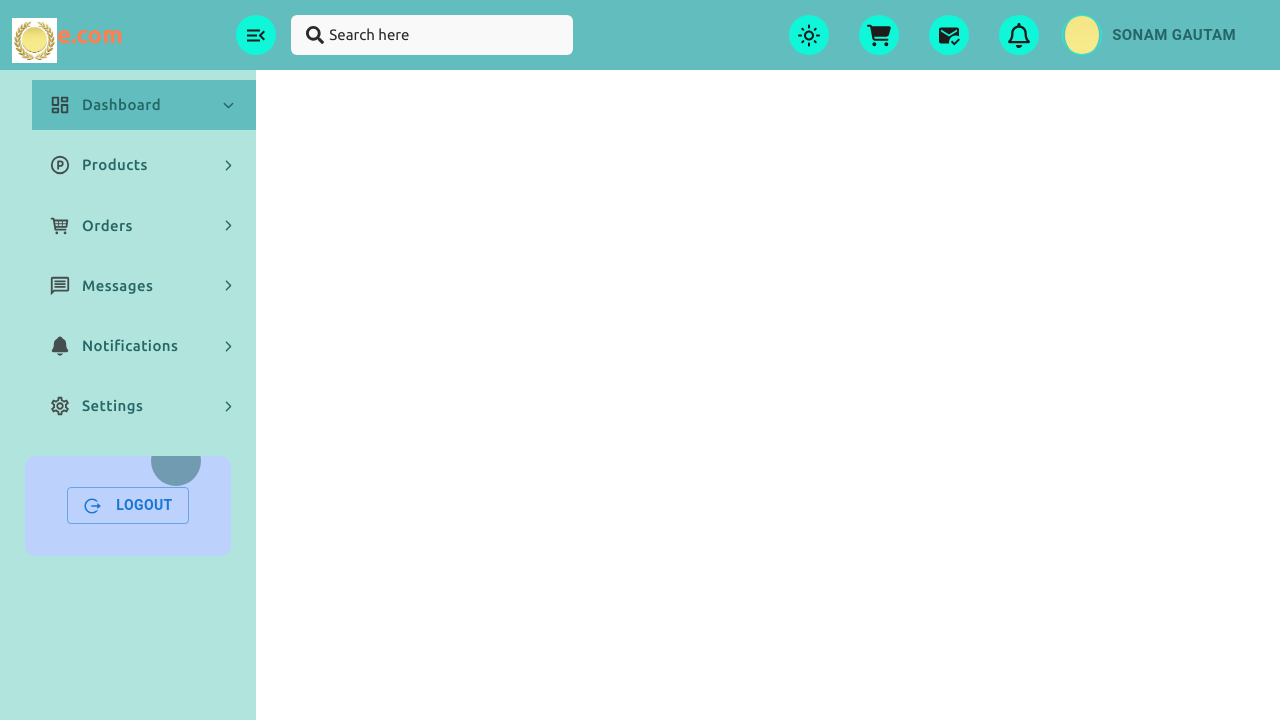
Repository: gautamsonam011/admin-react-dashboard
Page: /
These files come from the project's save history. The page is drawn as it stood at one moment and after the next save; the edit follows.
The browser window is 1280 px wide. The pictures show the whole page.
The project was rebuilt for these pictures with package versions that can differ from the ones it lists, and the page was loaded fresh each time.

Above is the page before, as saved 2025-04-16 11:07:09.

### src/App.js
import { BrowserRouter, Routes, Route } from 'react-router-dom';
import './App.css';
import 'bootstrap/dist/css/bootstrap.min.css';
import Dashboard from './pages/Dashboard/Dashboard';
import Header from "./components/Header/index";
import Sidebar from './components/Sidebar';

function App() {
  return (
    <BrowserRouter>
    <Header/>
    <div className='main d-flex'>
      <div className='sidebarWrapper'>
        <Sidebar/>
      </div>
    </div>
    <div className='content'>
    <Routes>
      <Route path = "/" exact={true} element={<Dashboard/>} />
    </Routes>
    </div>

    </BrowserRouter>
  );
}

export default App;

### src/App.css
@import url('https://fonts.googleapis.com/css2?family=Ubuntu:ital,wght@0,300;0,400;0,500;0,700;1,300;1,400;1,500;1,700&display=swap');

body{
  font-family: "Ubuntu", sans-serif !important;
  background-color: #f4f8f7;

}

header{
  width:100%;
  height: 70px;
  background-color:#62bebe;
  position: fixed;
  top:0px;
  left:0px;
  z-index: 1000;
}
header .logo{
  text-decoration: none;
}
header .logo img{
  margin-top: 10px;
  width:45px;

}

header .logo span{
color: coral;
font-weight: bolder;
font-size: 24px;
}
header button.rounded-circle{min-width:40px !important; width:40px !important; height: 40px !important; background-color:#0ff7d8 !important; margin: 15px;}
header button.rounded-circle svg{color:rgb(29, 27, 27); font-size: 25px !important; transition: all 0.2s ease-in-out;}
header button.rounded-circle:hover svg{color: #2585d4 !important;}
.searchBox{width:400px; height: 40px; background-color:#faf9f9; border-radius: 6px;padding: 3px 15px;}
.searchBox input{background: transparent;border:0px; outline:none; padding-left: 5px; font-size: 15px; color:#292929}
.searchBox input::-webkit-input-placeholder{color:#292929}
.searchBox svg{font-size: 18px; color:#292929 ;}

.userImg{display: flex; align-items:center; justify-content: center; overflow: hidden; width:40px; height: 40px; border:1px solid #0ff7d8; padding: 2px; border-radius: 100%;}
.userImg .rounded-circle{display: flex; align-items:center; justify-content: center; overflow: hidden; width: 40px; height: 40px; cursor: pointer; position: relative;}
.userImg .rounded-circle .img{object-fit: cover; width: 100%;}
.userInfo{padding-left: 10px;}
.userInfo h5{font-size: 15px; font-weight: 600; margin-bottom:0px; color: #266666;}

#account-menu li{font-size: 14px !important;}
#account-menu li svg{font-size: 20px !important}

.dropdown-info{padding-left: 6px;}
.dropdown-info h4{font-size: 15px; font-weight:600;margin-top: 2px; white-space: break-space; line-height: 21px;}
.dropdown-info p{font-size: 10px; color: #2585d4;}


/* Style for sidebar  */

.main .sidebarWrapper{width: 20%; flex: 0 0 20%; transition: all 0.3s ease-in-out;}
.main .sidebarWrapper .sidebar{width:20%; height: 100vh; position:fixed; top: 70px; left:0px; background:#b1e4dd; overflow-y: scroll; overflow-x: hidden;}
.main .sidebarWrapper .sidebar::-webkit-scrollbar-thumb{background: transparent !important; width:3px;}
.main .sidebarWrapper:hover .sidebar::-webkit-scrollbar{ background:#2585d4; width:3px;}
.main .sidebarWrapper .sidebar ul{margin-bottom:0px;}
.main .sidebarWrapper .sidebar ul li{list-style: none; margin-top:10px;}
.main .sidebarWrapper .sidebar ul li button{color:#266666; text-align: left; justify-content: left; border-radius:0px !important; padding: 12px 15px !important;
  align-items: center; text-transform: capitalize !important;font-family: "Ubuntu", sans-serif !important;
  margin-left: 0px; font-size: 15px !important;
}
.main .sidebarWrapper .sidebar ul li button .icon{display: flex; align-items:center; justify-content: center; width:25px; height:25px; margin-right: 10px;}
.main .sidebarWrapper .sidebar ul li button .icon svg{color:#292929; opacity: 0.8; font-size: 22px;}
.main .sidebarWrapper .sidebar ul li button .arrow{margin-left: auto; display: flex; align-items: center; justify-content: center; width: 25px; transition: all 0.3s ease-in-out}
.main .sidebarWrapper .sidebar ul li button:hover{background:#62bebe !important;}
.main .sidebarWrapper .sidebar ul li button.active{background: #62bebe !important;}
.main .sidebarWrapper .sidebar ul li button.active .arrow{transform: rotate(90deg);}

.main .sidebarWrapper .sidebar ul .submenu{padding: 0px 45px; position:relative; height:auto;}
.main .sidebarWrapper .sidebar ul .submenu::before{content:''; width:1px; height: 95%; position: absolute; top:0px; left:25px; background:rgba(0, 0, 0, 0.1);}
.main .sidebarWrapper .sidebar ul .submenu li{width:100%; list-style: none;}
.main .sidebarWrapper .sidebar ul .submenu li a{color:#266666 !important; text-decoration: none; font-family: "Ubuntu", sans-serif !important;
display: block; padding: 6px 0px; font-size: 14px !important; font-weight: 500; transition:all 0.3s}
.main .sidebarWrapper .sidebar ul .submenu li a:hover{color:#2585d4 !important;}

.main .sidebarWrapper .sidebar ul .submenuWrapper{transition:all 0.3s ease-in-out; height: 0px; overflow: hidden; }
.main .sidebarWrapper .sidebar ul .submenuWrapper.colapsed .submenu{opacity:0;}

.main .sidebarWrapper .sidebar ul .submenuWrapper.colapse{height:auto; overflow: inherit;}
.main .sidebarWrapper .sidebar ul .submenuWrapper.colapse .submenu{opacity:1; height:auto;}

.logoutWrapper{padding: 0px 25px;}
.logoutWrapper .logoutBox{width:100%; height:100px; padding: 25px; background:#bcd2fd; border-radius:10px; margin-bottom:20px; display:flex; align-items: center; justify-content: center;
position:relative; overflow:hidden;}
.logoutWrapper .logoutBox::before{content:''; width:50px; height:50px; background:#266666; border-radius: 100%; position:absolute; top: -20px; right: 30px; opacity:0.5}
.logoutWrapper .logoutBox::after{content:''; width:30px; height:30px; background:#266666; border-radius: 100%; position:absolute; top: -30px; left: 30px; opacity:0.5}
.logoutWrapper .logoutBox button{font-size:14px !important; font-weight: 600 !important; }
.logoutWrapper .logoutBox button svg{margin-right: 15px; font-size:18px;}

.right-content{padding: 90px 30px;}
.dashboardBoxWrapper{gap: 15px;}
.dashboardBoxWrapper .dashboardBox{width:45%; height: 250px; background-color:chocolate;}

### src/pages/Dashboard/Dashboard.jsx
const Dashboard = () =>{
    return (
        <div className="right-content">
            <div className="dashboardBoxWrapper d-flex">

            </div>
        </div>
    )
}

export default Dashboard;

### src/components/Header/index.jsx
import React, { useState } from 'react';
import { Link } from "react-router-dom";
import logo from "../../assests/images/logo.jpg";
import Button from '@mui/material/Button';
import { MdMenuOpen } from "react-icons/md";
// import { MdOutlineMenu } from "react-icons/md";
import SearchBox from "../SearchBox";
import { MdOutlineLightMode } from "react-icons/md";
// import { MdDarkMode } from "react-icons/md";
import { FaCartShopping } from "react-icons/fa6";
import { MdMarkEmailRead } from "react-icons/md";
import { FaRegBell } from "react-icons/fa";


import Avatar from '@mui/material/Avatar';
import Menu from '@mui/material/Menu';
import MenuItem from '@mui/material/MenuItem';
import ListItemIcon from '@mui/material/ListItemIcon';
import Divider from '@mui/material/Divider';
import { FaShieldAlt } from "react-icons/fa";
import Settings from '@mui/icons-material/Settings';
import Logout from '@mui/icons-material/Logout';

const Header = () => {
    const [anchorEl, setAnchorEl] = useState(null);
    const [anchorElNotification, setAnchorElNotification] = useState(null);

    const open = Boolean(anchorEl);

    const handleOpenMyAccountDropdown = (event) => {
        if (anchorEl) {
            setAnchorEl(null);
        } else {
            setAnchorEl(event.currentTarget);
        }
    };

    const handleOpenMyAccountDropdownClose = () => {
        setAnchorEl(null);
    };

    // For Notification dropdown
    const handleOpennotificationsDrop = (event) => {
        setAnchorElNotification(event.currentTarget);
    };

    const handleClosenotificationsDrop = () => {
        setAnchorElNotification(null);
    };



    return (
        <>
            <header>
                <div className="container-fluid">
                    <div className="row d-flex align-items-center w-100">
                        {/* logo */}
                        <div className="col-sm-2">
                            <Link to="/" className="d-flex align-items-center logo">
                                <img src={logo} alt="logo" />
                                <span className="ml-2">e.com</span>
                            </Link>
                        </div>
                        <div className="col-sm-3 d-flex align-items-center pl-4">
                            <Button className="rounded-circle"><MdMenuOpen /></Button>
                            <SearchBox />
                        </div>
                        <div className="col-sm-7 d-flex align-items-center justify-content-end part3">
                            <Button className="rounded-circle"><MdOutlineLightMode /></Button>
                            <Button className="rounded-circle"><FaCartShopping /></Button>
                            <Button className="rounded-circle"><MdMarkEmailRead /></Button>
                            <Button className="rounded-circle" onClick={handleOpennotificationsDrop}>
                                <FaRegBell />
                            </Button>
                            <Menu
                                anchorEl={anchorElNotification}
                                open={Boolean(anchorElNotification)}
                                onClose={handleClosenotificationsDrop}
                                onClick={handleClosenotificationsDrop}
                                slotProps={{
                                    paper: {
                                        elevation: 0,
                                        sx: {
                                            overflow: 'visible',
                                            filter: 'drop-shadow(0px 2px 8px rgba(0,0,0,0.32))',
                                            mt: 1.5,
                                            '&::before': {
                                                content: '""',
                                                display: 'block',
                                                position: 'absolute',
                                                top: 0,
                                                right: 14,
                                                width: 10,
                                                height: 10,
                                                bgcolor: 'background.paper',
                                                transform: 'translateY(-50%) rotate(45deg)',
                                                zIndex: 0,
                                            },
                                        },
                                    },
                                }}
                                transformOrigin={{ horizontal: 'right', vertical: 'top' }}
                                anchorOrigin={{ horizontal: 'right', vertical: 'bottom' }}
                            >
                                <MenuItem onClick={handleClosenotificationsDrop}>
                                    Orders(12)
                                </MenuItem>
                                <Divider className="mb-2" />
                                <MenuItem onClick={handleClosenotificationsDrop}>
                                    <div className="d-flex align-items-center dropdown-list">

                                        <div className="userImg">
                                        <span className="rounded-circle">
                                            <img src={logo} alt="profile" />
                                        </span>

                                    </div>
                                    <div className='dropdown-info'>
                                        <h4><b>Sona</b> added Leather New Shoes</h4>
                                        <p>Few minutes ago</p>
                                    </div>
                                    </div>

                                </MenuItem>
                                <MenuItem onClick={handleClosenotificationsDrop}>
                                    <div className="d-flex align-items-center dropdown-list">

                                        <div className="userImg">
                                        <span className="rounded-circle">
                                            <img src={logo} alt="profile" />
                                        </span>

                                    </div>
                                    <div className='dropdown-info'>
                                        <h4><b>Sona</b> added Leather New Shoes</h4>
                                        <p>Few minutes ago</p>
                                    </div>
                                    </div>

                                </MenuItem>
                            </Menu>

                            <div className="myAccountWrapper">
                                <Button className="myAccount d-flex align-items-center" onClick={handleOpenMyAccountDropdown}>
                                    <div className="userImg">
                                        <span className="rounded-circle">
                                            <img src={logo} alt="profile" />
                                        </span>

                                    </div>
                                    <div className="userInfo">
                                        <h5>Sonam Gautam</h5>
                                    </div>

                                    <Menu
                                        anchorEl={anchorEl}
                                        id="account-menu"
                                        open={open}
                                        onClose={handleOpenMyAccountDropdownClose}
                                        onClick={handleOpenMyAccountDropdownClose}
                                        slotProps={{
                                            paper: {
                                                elevation: 0,
                                                sx: {
                                                    overflow: 'visible',
                                                    filter: 'drop-shadow(0px 2px 8px rgba(0,0,0,0.32))',
                                                    mt: 1.5,
                                                    '& .MuiAvatar-root': {
                                                        width: 32,
                                                        height: 32,
                                                        ml: -0.5,
                                                        mr: 1,
                                                    },
                                                    '&::before': {
                                                        content: '""',
                                                        display: 'block',
                                                        position: 'absolute',
                                                        top: 0,
                                                        right: 14,
                                                        width: 10,
                                                        height: 10,
                                                        bgcolor: 'background.paper',
                                                        transform: 'translateY(-50%) rotate(45deg)',
                                                        zIndex: 0,
                                                    },
                                                },
                                            },
                                        }}
                                        transformOrigin={{ horizontal: 'right', vertical: 'top' }}
                                        anchorOrigin={{ horizontal: 'right', vertical: 'bottom' }}
                                    >
                                        <MenuItem onClick={handleOpenMyAccountDropdownClose}>
                                            <Avatar /> Profile
                                        </MenuItem>
                                        <Divider />
                                        <MenuItem onClick={handleOpenMyAccountDropdownClose}>
                                            <ListItemIcon>
                                                <FaShieldAlt fontSize="small" />
                                            </ListItemIcon>
                                            Reset Password
                                        </MenuItem>
                                        <MenuItem onClick={handleOpenMyAccountDropdownClose}>
                                            <ListItemIcon>
                                                <Settings fontSize="small" />
                                            </ListItemIcon>
                                            Settings
                                        </MenuItem>
                                        <MenuItem onClick={handleOpenMyAccountDropdownClose}>
                                            <ListItemIcon>
                                                <Logout fontSize="small" />
                                            </ListItemIcon>
                                            Logout
                                        </MenuItem>
                                    </Menu>
                                </Button>
                            </div>
                        </div>
                    </div>
                </div>
            </header>
        </>
    )
}

export default Header

### src/components/Sidebar/index.jsx
import Button from '@mui/material/Button';
import { RiDashboardLine } from "react-icons/ri";
import { IoIosArrowForward } from "react-icons/io";
import { TbBrandProducthunt } from "react-icons/tb";
import { TiShoppingCart } from "react-icons/ti";
import { MdOutlineMessage } from "react-icons/md";
import { IoNotifications } from "react-icons/io5";
import { MdOutlineSettings } from "react-icons/md";
import { Link } from 'react-router-dom';
import React, {useState} from "react";
import { RiLogoutCircleRLine } from "react-icons/ri";

const Sidebar = () =>{
    const [activeTab, setActiveTab] = useState(0);
    const [isToggleSubmenu, setIsToggleSubmenu] = useState(false);

    const isOpenSubmenu = (index) =>{
        setActiveTab(index);
        setIsToggleSubmenu(!isToggleSubmenu);


    }

    return(
        <div className="sidebar">
            <ul>
                <li>
                    <Link to="/">
                    <Button className={`w-100 ${activeTab === 0 ? 'active' : ''}`} onClick={()=>isOpenSubmenu(0)}>
                        <span className='icon'><RiDashboardLine/></span>
                        Dashboard
                        <span className="arrow"><IoIosArrowForward/></span>
                    </Button>
                    </Link>
                </li>
                <li>
                    <Button className={`w-100 ${activeTab === 1 && isToggleSubmenu===true ?  'active' : ''}`} onClick={()=>isOpenSubmenu(1)}>
                        <span className='icon'><TbBrandProducthunt/></span>
                        Products
                        <span className="arrow"><IoIosArrowForward/></span>
                    </Button>
                    <div className={`submenuWrapper ${activeTab===1 && isToggleSubmenu===true ? 'colapse':'colapsed'}`}>
                    <ul className='submenu'>
                        <li><Link to="#">Product Add</Link></li>
                        <li><Link to="#">Product List</Link></li>
                        <li><Link to="#">Product View</Link></li>
                    </ul>
                    </div>
                </li>
                <li>
                    <Link to="/">
                    <Button className={`w-100 ${activeTab === 2 ? 'active' : ''}`} onClick={()=>isOpenSubmenu(2)}>
                        <span className='icon'><TiShoppingCart/></span>
                        Orders
                        <span className="arrow"><IoIosArrowForward/></span>
                    </Button>
                    </Link>
                </li>
                <li>
                    <Link to="/">
                    <Button className={`w-100 ${activeTab === 3 ? 'active' : ''}`} onClick={()=>isOpenSubmenu(3)}>
                        <span className='icon'><MdOutlineMessage/></span>
                        Messages
                        <span className="arrow"><IoIosArrowForward/></span>
                    </Button>
                    </Link>
                </li>
                <li>
                    <Link to="/">
                    <Button className={`w-100 ${activeTab === 4 ? 'active' : ''}`} onClick={()=>isOpenSubmenu(4)}>
                        <span className='icon'><IoNotifications/></span>
                        Notifications
                        <span className="arrow"><IoIosArrowForward/></span>
                    </Button>
                    </Link>
                </li>
                <li>
                    <Link to="/">
                    <Button className={`w-100 ${activeTab === 5 ? 'active' : ''}`} onClick={()=>isOpenSubmenu(5)}>
                        <span className='icon'><MdOutlineSettings /></span>
                        Settings
                        <span className="arrow"><IoIosArrowForward/></span>
                    </Button>
                    </Link>
                </li>
            </ul>
            <br/>
            <div className="logoutWrapper">
                <div className="logoutBox">
            <Button variant="outlined"> <RiLogoutCircleRLine/>Logout</Button>
            </div>
            </div>
        </div>
    )
}

export default Sidebar

### src/components/SearchBox.jsx
import { FaSearch } from "react-icons/fa";

const SearchBox = () =>{
    return (
        <div className="searchBox position-relative d-flex align-items-center">
            <FaSearch className="mr-2" />
            <input type="text" placeholder="Search here"  />
        </div>
    )
}

export default SearchBox;

Loaded but not shown: public/index.html (common file); src/index.js (common file); src/reportWebVitals.js (common file)

After the next save:
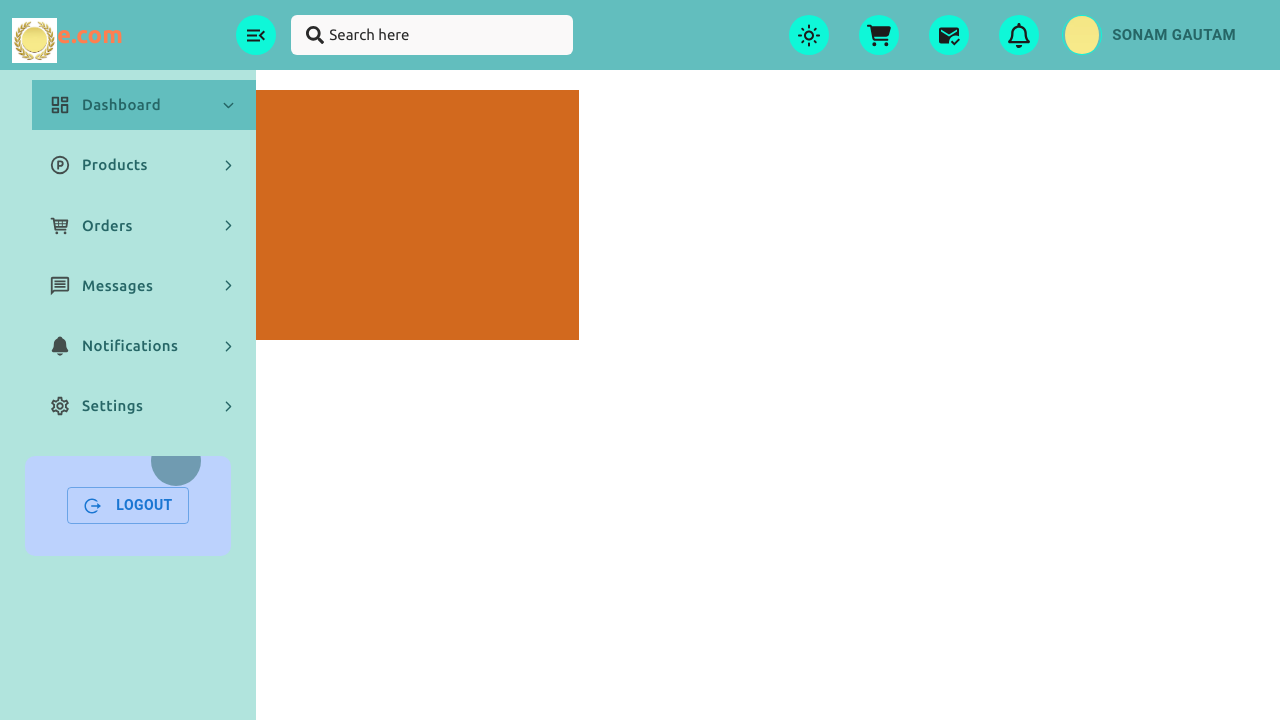
Saved 27 s later.
--- a/src/pages/Dashboard/Dashboard.jsx
+++ b/src/pages/Dashboard/Dashboard.jsx
@@ -2,7 +2,7 @@ const Dashboard = () =>{
     return (
         <div className="right-content">
             <div className="dashboardBoxWrapper d-flex">
-
+            <div className="dashboardBox"></div>
             </div>
         </div>
     )
